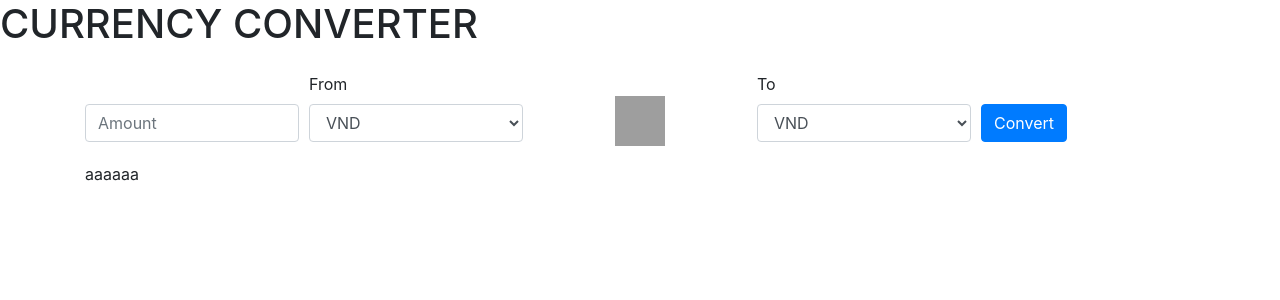
Repository: tts2610/MoneyConverter
Page: index.html
An editor plug-in stored every save of this project. The page is shown before and after the next save, followed by the edit.
The browser window is 1280 px wide. The pictures show the whole page.
Pictures or frames that could not be fetched are drawn as grey boxes.

Above is the page before, as saved 2020-05-11 20:30:54.
Console error: TypeError: Cannot read properties of undefined (reading 'null')

### index.html
<!DOCTYPE html>
<html lang="en">

<head>
    <meta charset="UTF-8">
    <meta name="viewport" content="width=device-width, initial-scale=1.0">
    <title>Document</title>
    <link rel="stylesheet" href="https://maxcdn.bootstrapcdn.com/bootstrap/4.4.1/css/bootstrap.min.css">

    <!-- jQuery library -->
    <script src="https://ajax.googleapis.com/ajax/libs/jquery/3.4.1/jquery.min.js"></script>

    <!-- Popper JS -->
    <script src="https://cdnjs.cloudflare.com/ajax/libs/popper.js/1.16.0/umd/popper.min.js"></script>

    <!-- Latest compiled JavaScript -->
    <script src="https://maxcdn.bootstrapcdn.com/bootstrap/4.4.1/js/bootstrap.min.js"></script>

</head>

<body>
    <h1 class="mx-auto">CURRENCY CONVERTER</h1>
    <form class="container">
        <div class="form-row justify-content-md-center">
            <div class="col mt-5">
                <input type="number" class="form-control" placeholder="Amount">
            </div>
            <div class="col mt-3">
                <label>From</label>
                <select class="form-control" id="fromCurrency">
            </select>
            </div>
            <div class="col mt-4 py-3" style="display: flex;justify-content: center;" onClick="swap()">
                <img src="https://cdn3.iconfinder.com/data/icons/basic-interface/100/update-512.png" width="50px" height="50px">
            </div>
            <div class="col mt-3">
                <label>To</label>
                <select class="form-control" id="toCurrency">
            </select>

            </div>
            <div class="col mt-5">
                <button type="submit" class="btn btn-primary mb-2">Convert</button>
            </div>
        </div>
        <p>aaaaaa</p>
    </form>
    <script src="js/script.js"></script>
    <script>
        $(document).ready(function() {
            let selectList = Object.keys(dic);
            var fromCurrency = document.getElementById("fromCurrency");
            var toCurrency = document.getElementById("toCurrency");
            selectList.forEach(element => {
                var option = document.createElement("option");
                option.text = element.toUpperCase();
                fromCurrency.add(option);
            })
            selectList.forEach(element => {
                var option = document.createElement("option");
                option.text = element.toUpperCase();
                toCurrency.add(option);
            })

        });

        function swap() {
            var fromCurrency = document.getElementById("fromCurrency");
            var x = fromCurrency.value;
            var toCurrency = document.getElementById("toCurrency");
            fromCurrency.value = toCurrency.value;
            toCurrency.value = x;
        }
    </script>
</body>

</html>

### js/script.js
/*dic = {
    fromCurrency:{
        toCurrency:[currencyRatio,locale,currencySymbol],
        toCurrency:[currencyRatio,locale,currencySymbol],
        toCurrency:[currencyRatio,locale,currencySymbol],
        .....
    },
    fromCurrency:
        .....
}*/
let dic = {
    "vnd": { "usd": [1 / 23206, "en", "USD"], "jpy": [1 / 216.703, "ja-JP", "JPY"], "krw": [1 / 18.9136, "krw", "KRW"], "idr": [1 / 1.55505, "idr", "idr"], "eur": [1 / 25111, "de-DE", "EUR"], "vnd": [1, "vi", "VND"] },
    "usd": { "vnd": [23206, "vi", "VND"], "jpy": [107.297, "ja-JP", "JPY"], "krw": [1223.80, "krw", "KRW"], "idr": [14904, "idr", "idr"], "eur": [1 / 1.08207, "de-DE", "EUR"], "usd": [1, "en", "USD"] },
    "jpy": { "vnd": [216.703, "vi", "VND"], "usd": [1 / 107.297, "en", "USD"], "krw": [11.4099, "krw", "KRW"], "idr": [138.937, "idr", "idr"], "eur": [1 / 116.054, "de-DE", "EUR"], "jpy": [1, "ja-JP", "JPY"] },
    "krw": { "vnd": [18.9136, "vi", "VND"], "usd": [1 / 1224.06, "en", "USD"], "jpy": [1 / 11.4096, "ja-JP", "JPY"], "idr": [12.1833, "idr", "idr"], "eur": [1 / 1323.75, "de-DE", "EUR"], "krw": [1, "krw", "KRW"] },
    "idr": { "vnd": [1.55505, "vi", "VND"], "usd": [1 / 14910, "en", "USD"], "jpy": [1 / 138.985, "ja-JP", "JPY"], "krw": [1 / 12.1818, "krw", "KRW"], "eur": [1 / 16134.84, "de-DE", "EUR"], "idr": [1, "idr", "idr"] },
    "eur": { "vnd": [25081, "vi", "VND"], "usd": [1.08207, "en", "USD"], "jpy": [116.054, "ja-JP", "JPY"], "idr": [16129, "idr", "idr"], "krw": [1323.75, "krw", "KRW"], "eur": [1, "de-DE", "EUR"] },
}
let isValid = false;
let from = null;
let to = null;
let amount = 0;

// loop to check validity
// while (!isValid) {
//     if (Object.keys(dic).includes(from) && Object.keys(dic).includes(to) && !isNaN(amount)) isValid = true;
//     else {
//         from = prompt("Which currency do you want to convert from?").toLowerCase();
//         to = prompt("Which currency do you want to convert to?").toLowerCase();
//         amount = prompt("Enter your amount to convert:");
//     }
// }

// conversion
function convert() {
    let currencyRatio = dic[from][to][0];
    let locale = dic[from][to][1];
    let currency = dic[from][to][2];
    let res = (amount * currencyRatio);
    return new Intl.NumberFormat(locale, { style: 'currency', currency: currency, maximumSignificantDigits: 3 }).format(res);
}

// result
alert("Here is your result: " + convert())

After the next save:
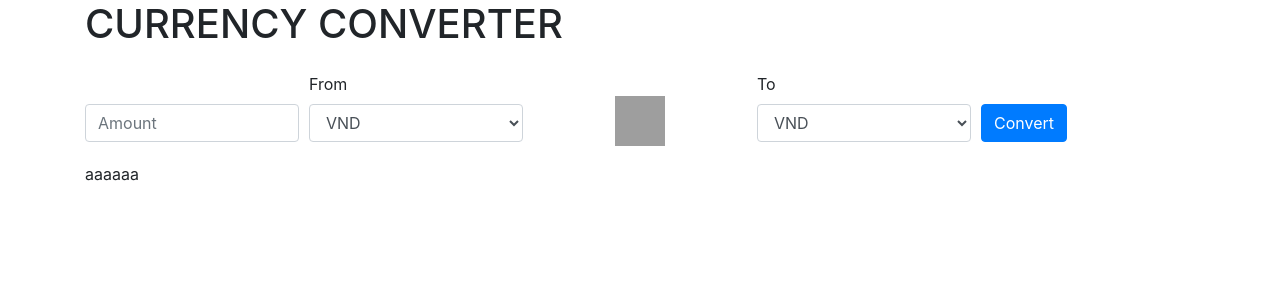
Saved 53 s later.
--- a/index.html
+++ b/index.html
@@ -19,8 +19,9 @@
 </head>
 
 <body>
-    <h1 class="mx-auto">CURRENCY CONVERTER</h1>
+
     <form class="container">
+        <h1 class="mx-auto">CURRENCY CONVERTER</h1>
         <div class="form-row justify-content-md-center">
             <div class="col mt-5">
                 <input type="number" class="form-control" placeholder="Amount">
